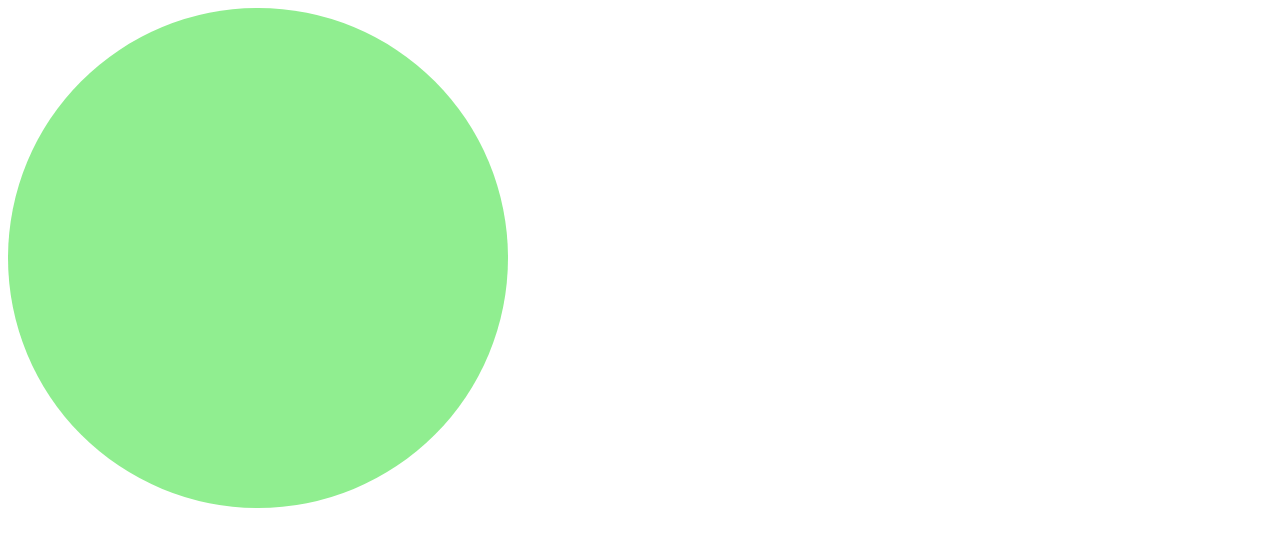
Repository: vasucp1207/framer-motion
Page: /
These files come from the project's save history. The page is drawn as it stood at one moment and after a run of saves; the edit follows.
The browser window is 1280 px wide. The pictures show the whole page.
The project was rebuilt for these pictures with package versions that can differ from the ones it lists, and the page was loaded fresh each time. Also part of the build but not shown: src/index.css.

Above is the page before, as saved 2022-07-28 00:35:14.

### src/App.js
import './App.css';
import { motion } from "framer-motion";

function App() {
  return (
    <div >
      <motion.div className='circle'
        whileHover={{x: 100}}

      />
    </div>
  );
}

export default App;

### src/App.css
.circle{
  width: 500px;
  height: 500px;
  border-radius: 50%;
  background-color: lightgreen;
}

Loaded but not shown: public/index.html (common file); src/index.js (common file); src/reportWebVitals.js (common file)

After the next 2 saves:
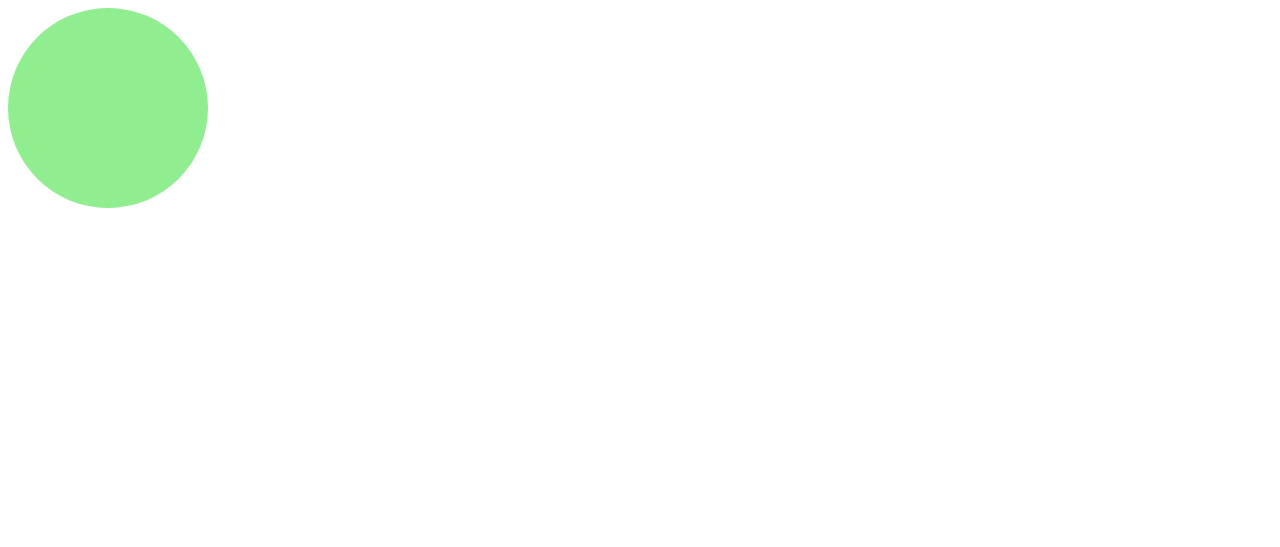
The 2 saves are shown as one change because they came seconds apart.
The last was saved 25 s later.
--- a/src/App.css
+++ b/src/App.css
@@ -1,6 +1,6 @@
 .circle{
-  width: 500px;
-  height: 500px;
+  width: 200px;
+  height: 200px;
   border-radius: 50%;
   background-color: lightgreen;
 }
